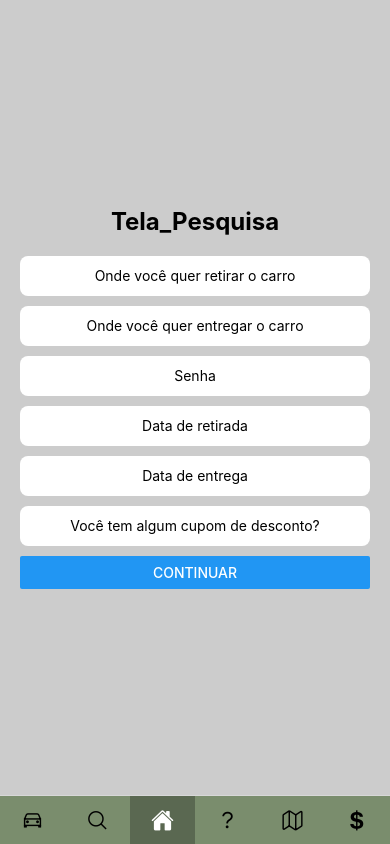
Repository: GabrielAron/EcoWheels
Page: /Home
The author's editor kept a copy of each file at every save. The page is drawn from the files as they stood at one save, then again after the next save.
The browser window is 390 px wide. The pictures show the whole page.
The app was drawn by React Native's web renderer in a window 390 px wide. The project was rebuilt for these pictures with package versions that can differ from the ones it lists, and the page was loaded fresh each time. Also part of the build but not shown: src/Paginas/Carros/index.js, src/Paginas/Ajuda/index.js, src/Paginas/Mapa/index.js, src/Paginas/Pagamento/pagamento.js.

Above is the page before, as saved 2023-11-24 14:30:52.

### App.js
import React from 'react';
import Routes from './src/Paginas/routes';
import { ReservaProvider } from './src/Paginas/ReservaContext';


function App() {
  return (
    <ReservaProvider>
      <Routes />
    </ReservaProvider>
  );
}

export default App;

### src/Paginas/routes.js
import React from 'react';
import { createBottomTabNavigator } from '@react-navigation/bottom-tabs';
import { NavigationContainer } from '@react-navigation/native';
import { Ionicons } from '@expo/vector-icons';

import Home from './Home';
import Explorar from './Carros';
import Ajuda from './Ajuda';
import Reservas from './Locacoes';
import Recarga from './Mapa';
import Pagamento from './Pagamento/pagamento';

const Tab = createBottomTabNavigator();

export default function Routes() {
  return (
    <NavigationContainer>
      <Tab.Navigator
        tabBarOptions={{
          showLabel: false, // Oculta as etiquetas de texto das guias
          tabBarStyle: {
            position: 'absolute',
            backgroundColor: '#7A8D6D',
            height:700,
          },
          tabStyle: {
            elevation: 0,
          },
          inactiveBackgroundColor: '#7A8D6D',
          activeBackgroundColor: '#5A6851',
        }}
      >
        <Tab.Screen
          name="Reservas"
          component={Reservas}
          options={{
            headerShown: false,
            tabBarIcon: ({ color, size, focused }) => {
              if (focused) {
                return <Ionicons name="md-car" size={23} color="#FFF" />;
              } else {
                return <Ionicons name="md-car-outline" size={23} color="#000000" />;
              }
            },
          }}
        />
        <Tab.Screen
          name="Explorar"
          component={Explorar}
          options={{
            headerShown: false,
            tabBarIcon: ({ color, size, focused }) => {
              if (focused) {
                return <Ionicons name="md-search" size={23} color="#FFF" />;
              } else {
                return <Ionicons name="md-search-outline" size={23} color="#000000" />;
              }
            },
          }}
        />
        <Tab.Screen
          name="Home"
          component={Home}
          options={{
            headerShown: false,
            tabBarIcon: ({ color, size, focused }) => {
              if (focused) {
                return <Ionicons name="md-home" size={23} color="#FFF" />;
              } else {
                return <Ionicons name="md-home-outline" size={23} color="#000000" />;
              }
            },
          }}
        />
        <Tab.Screen
          name="Ajuda"
          component={Ajuda}
          options={{
            headerShown: false,
            tabBarIcon: ({ color, size, focused }) => {
              if (focused) {
                return <Ionicons name="md-help" size={23} color="#FFF" />;
              } else {
                return <Ionicons name="md-help-outline" size={23} color="#000000" />;
              }
            },
          }}
        />
        <Tab.Screen
          name="Recarga"
          component={Recarga}
          options={{
            headerShown: false,
            tabBarIcon: ({ color, size, focused }) => {
              if (focused) {
                return <Ionicons name="md-map" size={23} color="#FFF" />;
              } else {
                return <Ionicons name="md-map-outline" size={23} color="#000000" />;
              }
            },
          }}
        />
         <Tab.Screen
          name="Pagamento"
          component={Pagamento}
          options={{
            headerShown: false,
            tabBarIcon: ({ color, size, focused }) => {
              if (focused) {
                return <Ionicons name="logo-usd" size={23} color="#FFF" />;

              } else {
                return <Ionicons name="logo-usd" size={23} color="#000000" />;
              }
            },
          }}
        />
      </Tab.Navigator>
    </NavigationContainer>
  );
}

### src/Paginas/ReservaContext.js
import React, { createContext, useState } from 'react';

export const ReservaContext = createContext();

export const ReservaProvider = ({ children }) => {
  const [reservas, setReservas] = useState([]);

  return (
    <ReservaContext.Provider value={{ reservas, setReservas }}>
      {children}
    </ReservaContext.Provider>
  );
};

### src/Paginas/Home/index.js
import React, { useState } from 'react';
import { View, Text, TextInput, Button, StyleSheet } from 'react-native';
import { format, isValid, parse } from 'date-fns';

export default function App() {
  const [pickupDate, setPickupDate] = useState('');
  const [returnDate, setReturnDate] = useState('');

  const formatToDDMMYYYY = (dateString) => {
    const [day, month, year] = dateString.split('/');
    if ((day >= 1 && day <= 31) || (month >= 1 && month <= 12) || (year && year.length === 4)) {
      return dateString;
    }
    const parsedDate = parse(dateString, 'dd/MM/yyyy', new Date());
    if (isValid(parsedDate)) {
      return format(parsedDate, 'dd/MM/yyyy');
    }
    return dateString;
  };

  const handlePickupDateChange = (text) => {
    const formattedDate = formatToDDMMYYYY(text);
    setPickupDate(formattedDate);
  };

  const handleReturnDateChange = (text) => {
    const formattedDate = formatToDDMMYYYY(text);
    setReturnDate(formattedDate);
  };

  return (
    <View style={styles.container}>
      <Text style={styles.title}>Tela_Pesquisa</Text>
      <View style={styles.inputContainer}>
        <TextInput
          style={styles.input}
          placeholder="Onde você quer retirar o carro"
        />
      </View>
      <View style={styles.inputContainer}>
        <TextInput
          style={styles.input}
          placeholder="Onde você quer entregar o carro"
        />
      </View>
      <View style={styles.inputContainer}>
        <TextInput
          style={styles.input}
          placeholder="Senha"
          secureTextEntry={true}
        />
      </View>
      <View style={styles.inputContainer}>
        <TextInput
          style={styles.input}
          placeholder="Data de retirada"
          value={pickupDate}
          onChangeText={handlePickupDateChange}
        />
      </View>
      <View style={styles.inputContainer}>
        <TextInput
          style={styles.input}
          placeholder="Data de entrega"
          value={returnDate}
          onChangeText={handleReturnDateChange}
        />
      </View>
      <View style={styles.inputContainer}>
        <TextInput
          style={styles.input}
          placeholder="Você tem algum cupom de desconto?"
        />
      </View>
      <Button title="Continuar" onPress={() => {}} />
    </View>
  );
}

const styles = StyleSheet.create({
  container: {
    flex: 1,
    justifyContent: 'center',
    padding: 20,
    backgroundColor: '#ccc',
  },
  title: {
    fontSize: 24,
    fontWeight: 'bold',
    textAlign: 'center',
    marginBottom: 20,
  },
  inputContainer: {
    marginBottom: 10,
    borderRadius: 8,
    backgroundColor: 'white',
  },
  input: {
    height: 40,
    padding: 10,
    textAlign: 'center',
  },
});

### src/Paginas/Locacoes/index.js
import React, { useState, useContext } from 'react';
import { View, Text, ImageBackground, Button, StyleSheet, ScrollView, Modal, Alert } from 'react-native';
import Fundo from '/imagens/fundoverde.jpg';
import { ReservaContext } from '../ReservaContext'; // Atualize o caminho conforme necessário

const Card = ({ id, title, image }) => {
  const [modalVisible, setModalVisible] = useState(false);
  const { reservas, setReservas } = useContext(ReservaContext);
  const [carros, setCarros] = useState([

      { id: 1, title: "QUALIDADE PARA UM CONFORTO E ÓTIMO PASSEIO - Exquisite Cruiser 1.8", image: "https://cdn.leonardo.ai/users/cf8d0bec-5da3-4e6a-aed2-13735b2a6925/generations/a40b4ef5-35ec-4e32-a5ff-cc2ef5e85345/PhotoReal_make_a_background_image_for_a_cell_phone_application_2.jpg?w=512" },
      { id: 2, title: "DESIGN E CONFORTO EM UM - Rider GT 3.0", image: "https://cdn.leonardo.ai/users/cf8d0bec-5da3-4e6a-aed2-13735b2a6925/generations/a40b4ef5-35ec-4e32-a5ff-cc2ef5e85345/PhotoReal_make_a_background_image_for_a_cell_phone_application_3.jpg?w=512" },
      { id: 3, title: "FORÇA PARA DESAFIOS OFF-Road - Viper GT 3.0 ", image: "https://cdn.leonardo.ai/users/cf8d0bec-5da3-4e6a-aed2-13735b2a6925/generations/a0fe3adc-2c2f-4336-bc49-e57599170dd1/PhotoReal_faa_um_hummer_eltrico_novo_andando_por_uma_cidade_3.jpg?w=512" },
      { id: 4, title: "UM CARRO ANTIGO E ESTILOSO PARA OS AMANTES DE CLÁSSICOS - Bentley 1.8", image: "https://cdn.leonardo.ai/users/cf8d0bec-5da3-4e6a-aed2-13735b2a6925/generations/c6457b66-6149-4c4d-8408-99c27071dc1e/PhotoReal_faa_um_carro_eletrico_executivo_andando_por_uma_cida_0.jpg?w=512" },
      { id: 5, title: "UM CARRO VERSÁTIL QUE ATENDE A TODAS AS NECESSIDADES FLEXUS X 1.0", image: "https://cdn.leonardo.ai/users/cf8d0bec-5da3-4e6a-aed2-13735b2a6925/generations/f62f0f84-2ea5-4c9d-a4e3-33ade848f3b2/PhotoReal_make_a_background_image_for_a_cell_phone_application_3.jpg?w=512" },
      { id: 6, title: "UMA OPÇÃO PERFEITA PARA QUEM BUSCA PRATICIDADE E CONFORTO - LUXURY DRIVE 1.6", image: "https://cdn.leonardo.ai/users/cf8d0bec-5da3-4e6a-aed2-13735b2a6925/generations/589507b8-d87b-4a85-b05e-c325ccebd6b6/PhotoReal_make_a_background_image_for_a_cell_phone_application_1.jpg?w=512" },
      { id: 7, title: "UM CARRO ESPORTIVO COM DESEMPENHO DE ALTA POTÊNCIA Vortex GT 5.0", image: "https://fotos-jornaldocarro-estadao.nyc3.cdn.digitaloceanspaces.com/wp-content/uploads/2023/01/13072602/Carro_esportivo.jpg" },
    ]);


  return (
    <View style={styles.card}>
      <ImageBackground source={{ uri: image }} style={styles.image}>
        <View style={styles.content}>
          <Text style={styles.title}>{title}</Text>
          <Button title="Reservar" onPress={() => setModalVisible(true)} />
        </View>
      </ImageBackground>

      <Modal
        animationType="slide"
        transparent={true}
        visible={modalVisible}
        onRequestClose={() => {
          Alert.alert("Modal has been closed.");
          setModalVisible(!modalVisible);
        }}
      >
        <View style={styles.centeredView}>
          <View style={styles.modalView}>
            <Text style={styles.modalText}>Deseja mesmo reservar o carro?</Text>

            <Button
              style={[styles.button, styles.buttonClose]}
              onPress={() => {
                setReservas([...reservas, { id, title, image }]);
                setCarros(carros.filter(carro => carro.id !== id));
                setModalVisible(!modalVisible);
              }}
              title="Sim"
            />
            <Button
              style={[styles.button, styles.buttonCancel]}
              onPress={() => setModalVisible(!modalVisible)}
              title="Não"
            />
          </View>
        </View>
      </Modal>
    </View>
  );
};

export default function Reservas() {
  return (
    <View style={styles.container}>
      <ImageBackground source={Fundo} style={styles.image}>
        <Text style={styles.text}>Carros</Text>
        <View style={styles.cardContainer}>
          <ScrollView showsVerticalScrollIndicator={false}>
            <Card id={1} title="QUALIDADE PARA UM CONFORTO E ÓTIMO PASSEIO - Exquisite Cruiser 1.8" image="https://cdn.leonardo.ai/users/cf8d0bec-5da3-4e6a-aed2-13735b2a6925/generations/a40b4ef5-35ec-4e32-a5ff-cc2ef5e85345/PhotoReal_make_a_background_image_for_a_cell_phone_application_2.jpg?w=512" />
            <Card id={2} title="DESIGN E CONFORTO EM UM - Rider GT 3.0" image="https://cdn.leonardo.ai/users/cf8d0bec-5da3-4e6a-aed2-13735b2a6925/generations/a40b4ef5-35ec-4e32-a5ff-cc2ef5e85345/PhotoReal_make_a_background_image_for_a_cell_phone_application_3.jpg?w=512" />
            <Card id={3} title="FORÇA PARA DESAFIOS OFF-Road - Viper GT 3.0 " image="https://cdn.leonardo.ai/users/cf8d0bec-5da3-4e6a-aed2-13735b2a6925/generations/a0fe3adc-2c2f-4336-bc49-e57599170dd1/PhotoReal_faa_um_hummer_eltrico_novo_andando_por_uma_cidade_3.jpg?w=512" />
            <Card id={4} title="UM CARRO ANTIGO E ESTILOSO PARA OS AMANTES DE CLÁSSICOS - Bentley 1.8" image="https://cdn.leonardo.ai/users/cf8d0bec-5da3-4e6a-aed2-13735b2a6925/generations/c6457b66-6149-4c4d-8408-99c27071dc1e/PhotoReal_faa_um_carro_eletrico_executivo_andando_por_uma_cida_0.jpg?w=512" />
            <Card id={5} title="UM CARRO VERSÁTIL QUE ATENDE A TODAS AS NECESSIDADES FLEXUS X 1.0" image="https://cdn.leonardo.ai/users/cf8d0bec-5da3-4e6a-aed2-13735b2a6925/generations/f62f0f84-2ea5-4c9d-a4e3-33ade848f3b2/PhotoReal_make_a_background_image_for_a_cell_phone_application_3.jpg?w=512" />
            <Card id={6} title="UMA OPÇÃO PERFEITA PARA QUEM BUSCA PRATICIDADE E CONFORTO - LUXURY DRIVE 1.6" image="https://cdn.leonardo.ai/users/cf8d0bec-5da3-4e6a-aed2-13735b2a6925/generations/589507b8-d87b-4a85-b05e-c325ccebd6b6/PhotoReal_make_a_background_image_for_a_cell_phone_application_1.jpg?w=512" />
            <Card id={7} title="UM CARRO ESPORTIVO COM DESEMPENHO DE ALTA POTÊNCIA Vortex GT 5.0" image="https://fotos-jornaldocarro-estadao.nyc3.cdn.digitaloceanspaces.com/wp-content/uploads/2023/01/13072602/Carro_esportivo.jpg" />
          </ScrollView>
        </View>
      </ImageBackground>
    </View>
  );
}


const styles = StyleSheet.create({
  container: {
    flex: 1,
  },
  image: {
    flex: 1,
    resizeMode: 'cover',
    justifyContent: 'center',
  },
  text: {
    color: '#fffbff',
    fontSize: 36,
    position: 'absolute',
    top: 50,
    left: 0,
    right: 0,
    fontWeight: 'bold',
    textAlign: 'center',
  },
  cardContainer: {
    flex: 1,
    alignItems: 'center',
    justifyContent: 'center',
    paddingTop: 200,
    paddingLeft: 75,
  },
  card: {
    width: '90%',
    height: 200,
    marginBottom: 45,
    borderRadius: 10,
    overflow: 'hidden',
  },
  image: {
    flex: 1,
    resizeMode: 'cover',
    justifyContent: 'center',
  },
  content: {
    padding: 10,
    alignItems: 'center',
    justifyContent: 'center',
  },
  title: {
    fontSize: 16,
    fontWeight: 'bold',
    color: '#fffbff',
  },
  overlay: {
    ...StyleSheet.absoluteFillObject,
    backgroundColor: 'rgba(128, 128, 128, 0.5)',
  },
  centeredView: {
    flex: 1,
    justifyContent: "center",
    alignItems: "center",
    marginTop: 22
  },
  modalView: {
    margin: 20,
    backgroundColor: "white",
    borderRadius: 20,
    padding: 35,
    alignItems: "center",
    shadowColor: "#000",
    shadowOffset: {
      width: 0,
      height: 2
    },
    shadowOpacity: 0.25,
    shadowRadius: 4,
    elevation: 5
  },
  button: {
    borderRadius: 20,
    padding: 10,
    elevation: 2
  },
  buttonClose: {
    backgroundColor: "#2196F3",
  },
  buttonCancel: {
    backgroundColor: "#f00",
  },
  modalText: {
    marginBottom: 15,
    textAlign: "center"
  }
});

After the next save:
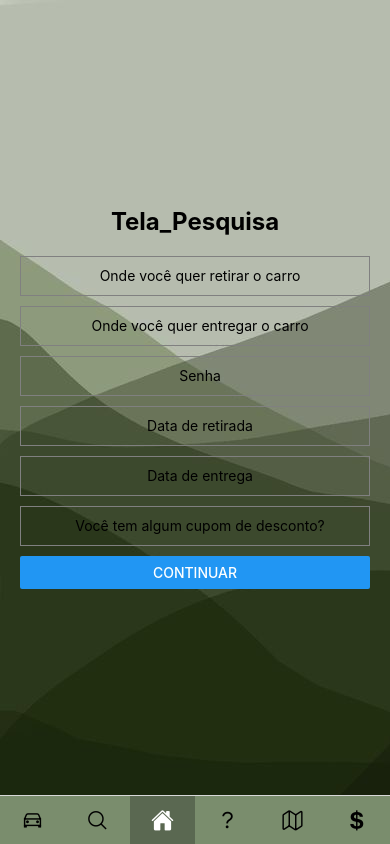
Saved 17 s later.
--- a/src/Paginas/Home/index.js
+++ b/src/Paginas/Home/index.js
@@ -1,79 +1,21 @@
-import React, { useState } from 'react';
-import { View, Text, TextInput, Button, StyleSheet } from 'react-native';
-import { format, isValid, parse } from 'date-fns';
+import React from 'react';
+import { View, Text, TextInput, Button, StyleSheet, ImageBackground } from 'react-native';
+import Fundo from './imagens/fundoverde.jpg';
 
 export default function App() {
-  const [pickupDate, setPickupDate] = useState('');
-  const [returnDate, setReturnDate] = useState('');
-
-  const formatToDDMMYYYY = (dateString) => {
-    const [day, month, year] = dateString.split('/');
-    if ((day >= 1 && day <= 31) || (month >= 1 && month <= 12) || (year && year.length === 4)) {
-      return dateString;
-    }
-    const parsedDate = parse(dateString, 'dd/MM/yyyy', new Date());
-    if (isValid(parsedDate)) {
-      return format(parsedDate, 'dd/MM/yyyy');
-    }
-    return dateString;
-  };
-
-  const handlePickupDateChange = (text) => {
-    const formattedDate = formatToDDMMYYYY(text);
-    setPickupDate(formattedDate);
-  };
-
-  const handleReturnDateChange = (text) => {
-    const formattedDate = formatToDDMMYYYY(text);
-    setReturnDate(formattedDate);
-  };
-
   return (
-    <View style={styles.container}>
-      <Text style={styles.title}>Tela_Pesquisa</Text>
-      <View style={styles.inputContainer}>
-        <TextInput
-          style={styles.input}
-          placeholder="Onde você quer retirar o carro"
-        />
+    <ImageBackground source={Fundo} style={styles.image}>
+      <View style={styles.container}>
+        <Text style={styles.title}>Tela_Pesquisa</Text>
+        <TextInput style={styles.input} placeholder="Onde você quer retirar o carro" />
+        <TextInput style={styles.input} placeholder="Onde você quer entregar o carro" />
+        <TextInput style={styles.input} placeholder="Senha" secureTextEntry={true} />
+        <TextInput style={styles.input} placeholder="Data de retirada" />
+        <TextInput style={styles.input} placeholder="Data de entrega" />
+        <TextInput style={styles.input} placeholder="Você tem algum cupom de desconto?" />
+        <Button title="Continuar" onPress={() => {}} />
       </View>
-      <View style={styles.inputContainer}>
-        <TextInput
-          style={styles.input}
-          placeholder="Onde você quer entregar o carro"
-        />
-      </View>
-      <View style={styles.inputContainer}>
-        <TextInput
-          style={styles.input}
-          placeholder="Senha"
-          secureTextEntry={true}
-        />
-      </View>
-      <View style={styles.inputContainer}>
-        <TextInput
-          style={styles.input}
-          placeholder="Data de retirada"
-          value={pickupDate}
-          onChangeText={handlePickupDateChange}
-        />
-      </View>
-      <View style={styles.inputContainer}>
-        <TextInput
-          style={styles.input}
-          placeholder="Data de entrega"
-          value={returnDate}
-          onChangeText={handleReturnDateChange}
-        />
-      </View>
-      <View style={styles.inputContainer}>
-        <TextInput
-          style={styles.input}
-          placeholder="Você tem algum cupom de desconto?"
-        />
-      </View>
-      <Button title="Continuar" onPress={() => {}} />
-    </View>
+    </ImageBackground>
   );
 }
 
@@ -82,7 +24,11 @@ const styles = StyleSheet.create({
     flex: 1,
     justifyContent: 'center',
     padding: 20,
-    backgroundColor: '#ccc',
+  },
+  image: {
+    flex: 1,
+    resizeMode: 'cover',
+    justifyContent: 'center',
   },
   title: {
     fontSize: 24,
@@ -90,14 +36,12 @@ const styles = StyleSheet.create({
     textAlign: 'center',
     marginBottom: 20,
   },
-  inputContainer: {
-    marginBottom: 10,
-    borderRadius: 8,
-    backgroundColor: 'white',
-  },
   input: {
     height: 40,
-    padding: 10,
+    borderColor: 'gray',
+    borderWidth: 1,
+    marginBottom: 10,
+    paddingLeft: 10,
     textAlign: 'center',
   },
 });
